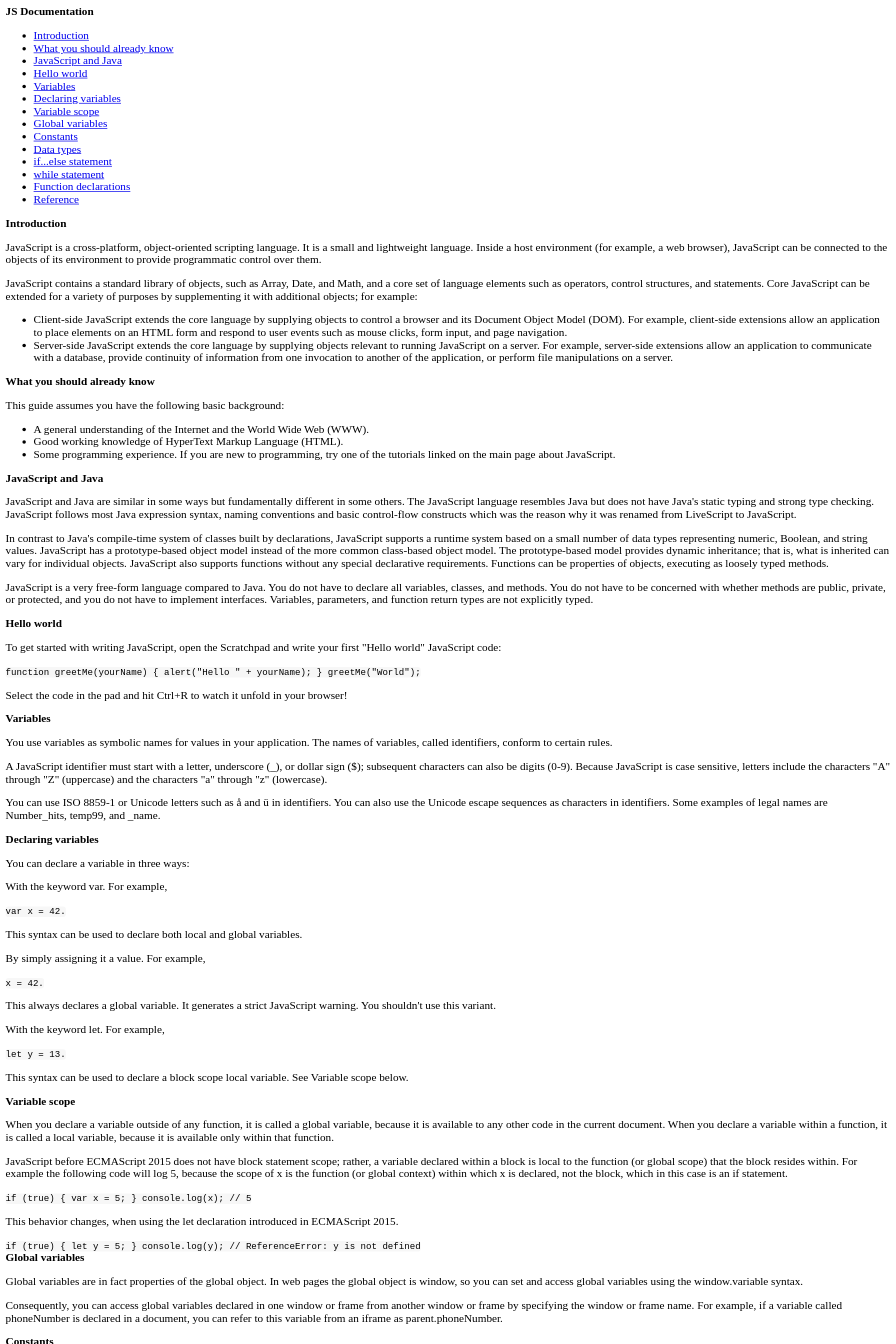
Repository: Lungdjos/technical_document_page_certificate
Page: index.html
An editor plug-in stored every save of this project. The page is shown before and after the next save, followed by the edit.
The browser window is 1280 px wide. The pictures show the part of the page from y = 0 to 1920 px (the page is 3818 px tall before and 4058 px after), at 70% of full size.

Above is the page before, as saved 2023-11-21 07:33:00.

### index.html
<!DOCTYPE html>
<html lang="en">

<head>
    <meta charset="UTF-8">
    <meta name="viewport" content="width=device-width, initial-scale=1.0">
    <title>Technical Document</title>
    <link rel="stylesheet" href="./styles.css">
</head>

<body>
    <nav id="nav-bar">
        <header>JS Documentation</header>
        <ul>
            <li>
                <a href="#Introduction" class="navlink">Introduction</a>
            </li>
            <li>
                <a href="#What_you_should_already_know" class="navlink">What you should already know</a>
            </li>
            <li>
                <a href="#JavaScript_and_Java" class="navlink">JavaScript and Java</a>
            </li>
            <li>
                <a href="#Hello_world" class="navlink">Hello world</a>
            </li>
            <li>
                <a href="#Variables" class="navlink">Variables</a>
            </li>
            <li>
                <a href="#Declaring_variables" class="navlink">Declaring variables</a>
            </li>
            <li>
                <a href="#Variable_scope" class="navlink">Variable scope</a>
            </li>
            <li>
                <a href="#Global_variables" class="navlink">Global variables</a>
            </li>
            <li>
                <a href="#Constants" class="navlink">Constants</a>
            </li>
            <li>
                <a href="#Data_types" class="navlink">Data types</a>
            </li>
            <li>
                <a href="#if...else_statement" class="navlink">if...else statement</a>
            </li>
            <li>
                <a href="#while_statement" class="navlink">while statement</a>
            </li>
            <li>
                <a href="#Function_declarations" class="navlink">Function declarations</a>
            </li>
            <li>
                <a href="#Reference" class="navlink">Reference</a>
            </li>
        </ul>
    </nav>
    <main id="main-doc">
        <section class="main-section" id="Introduction">
            <header id="">Introduction</header>
            <p>JavaScript is a cross-platform, object-oriented scripting language. It is a small and lightweight language. Inside a host environment (for example, a web browser), JavaScript can be connected to the objects of its environment to provide programmatic
                control over them.</p>
            <p>JavaScript contains a standard library of objects, such as Array, Date, and Math, and a core set of language elements such as operators, control structures, and statements. Core JavaScript can be extended for a variety of purposes by supplementing
                it with additional objects; for example:
                <ul>
                    <li>Client-side JavaScript extends the core language by supplying objects to control a browser and its Document Object Model (DOM). For example, client-side extensions allow an application to place elements on an HTML form and respond
                        to user events such as mouse clicks, form input, and page navigation.</li>
                    <li>Server-side JavaScript extends the core language by supplying objects relevant to running JavaScript on a server. For example, server-side extensions allow an application to communicate with a database, provide continuity of information
                        from one invocation to another of the application, or perform file manipulations on a server.</li>
                </ul>
            </p>

        </section>
        <section class="main-section" id="What_you_should_already_know">
            <header id="">What you should already know</header>
            <p>This guide assumes you have the following basic background:
                <ul>
                    <li>A general understanding of the Internet and the World Wide Web (WWW).</li>
                    <li>Good working knowledge of HyperText Markup Language (HTML).</li>
                    <li>Some programming experience. If you are new to programming, try one of the tutorials linked on the main page about JavaScript.</li>
                </ul>
            </p>

        </section>
        <section class="main-section" id="JavaScript_and_Java">
            <header id="">JavaScript and Java</header>
            <p>JavaScript and Java are similar in some ways but fundamentally different in some others. The JavaScript language resembles Java but does not have Java's static typing and strong type checking. JavaScript follows most Java expression syntax,
                naming conventions and basic control-flow constructs which was the reason why it was renamed from LiveScript to JavaScript.</p>
            <p>In contrast to Java's compile-time system of classes built by declarations, JavaScript supports a runtime system based on a small number of data types representing numeric, Boolean, and string values. JavaScript has a prototype-based object
                model instead of the more common class-based object model. The prototype-based model provides dynamic inheritance; that is, what is inherited can vary for individual objects. JavaScript also supports functions without any special declarative
                requirements. Functions can be properties of objects, executing as loosely typed methods.</p>
            <p>JavaScript is a very free-form language compared to Java. You do not have to declare all variables, classes, and methods. You do not have to be concerned with whether methods are public, private, or protected, and you do not have to implement
                interfaces. Variables, parameters, and function return types are not explicitly typed.</p>
        </section>
        <section class="main-section" id="Hello_world">
            <header id="">Hello world</header>
            <p>
                To get started with writing JavaScript, open the Scratchpad and write your first "Hello world" JavaScript code:</p>
            <code>function greetMe(yourName) { alert("Hello " + yourName); }
                greetMe("World");</code>
            <p>Select the code in the pad and hit Ctrl+R to watch it unfold in your browser!</p>
        </section>
        <section class="main-section" id="Variables">
            <header id="">Variables</header>
            <p>You use variables as symbolic names for values in your application. The names of variables, called identifiers, conform to certain rules.</p>
            <p>A JavaScript identifier must start with a letter, underscore (_), or dollar sign ($); subsequent characters can also be digits (0-9). Because JavaScript is case sensitive, letters include the characters "A" through "Z" (uppercase) and the
                characters "a" through "z" (lowercase).</p>
            <p>You can use ISO 8859-1 or Unicode letters such as å and ü in identifiers. You can also use the Unicode escape sequences as characters in identifiers. Some examples of legal names are Number_hits, temp99, and _name.</p>
        </section>
        <section class="main-section" id="Declaring_variables">
            <header id="">Declaring variables</header>
            <p>You can declare a variable in three ways:</p>
            <p>With the keyword var. For example,</p>
            <code>var x = 42.</code>
            <p>This syntax can be used to declare both local and global variables.</p>
            <p>By simply assigning it a value. For example,</p>
            <code>x = 42.</code><br>
            <p>This always declares a global variable. It generates a strict JavaScript warning. You shouldn't use this variant.</p>
            <p>With the keyword let. For example,</p>
            <code>let y = 13.</code>
            <p>This syntax can be used to declare a block scope local variable. See Variable scope below.</p>
        </section>
        <section class="main-section" id="Variable_scope">
            <header id="">Variable scope</header>
            <p>When you declare a variable outside of any function, it is called a global variable, because it is available to any other code in the current document. When you declare a variable within a function, it is called a local variable, because it
                is available only within that function.</p>
            <p>JavaScript before ECMAScript 2015 does not have block statement scope; rather, a variable declared within a block is local to the function (or global scope) that the block resides within. For example the following code will log 5, because
                the scope of x is the function (or global context) within which x is declared, not the block, which in this case is an if statement.</p>
            <code>if (true) { var x = 5; } console.log(x); // 5</code>
            <p>This behavior changes, when using the let declaration introduced in ECMAScript 2015.</p>
            <code>if (true) { let y = 5; } console.log(y); // ReferenceError: y is
                not defined</code>
        </section>
        <section class="main-section" id="Global_variables">
            <header id="">Global variables</header>
            <p>Global variables are in fact properties of the global object. In web pages the global object is window, so you can set and access global variables using the window.variable syntax.</p>
            <p>Consequently, you can access global variables declared in one window or frame from another window or frame by specifying the window or frame name. For example, if a variable called phoneNumber is declared in a document, you can refer to this
                variable from an iframe as parent.phoneNumber.</p>
        </section>
        <section class="main-section" id="Constants">
            <header id="">Constants</header>
            <p>You can create a read-only, named constant with the const keyword. The syntax of a constant identifier is the same as for a variable identifier: it must start with a letter, underscore or dollar sign and can contain alphabetic, numeric, or
                underscore characters.</p>
            <code>const PI = 3.14;</code>
            <p>A constant cannot change value through assignment or be re-declared while the script is running. It has to be initialized to a value.</p>
            <p>The scope rules for constants are the same as those for let block scope variables. If the const keyword is omitted, the identifier is assumed to represent a variable.</p>
            <p>You cannot declare a constant with the same name as a function or variable in the same scope. For example:</p>
            <code>// THIS WILL CAUSE AN ERROR function f() {}; const f = 5; // THIS
                WILL CAUSE AN ERROR ALSO function f() { const g = 5; var g;
                //statements }</code>
            <p>However, object attributes are not protected, so the following statement is executed without problems.</p>
            <code>const MY_OBJECT = {"key": "value"}; MY_OBJECT.key =
                "otherValue";</code>
        </section>
        <section class="main-section" id="Data_types">
            <header id="">Data types</header>
            <p>The latest ECMAScript standard defines seven data types:
                <ul>
                    <li>Six data types that are primitives:
                        <ul>
                            <li>Boolean. true and false.</li>
                            <li>null. A special keyword denoting a null value. Because JavaScript is case-sensitive, null is not the same as Null, NULL, or any other variant.</li>
                            <li>undefined. A top-level property whose value is undefined.</li>
                            <li>Number. 42 or 3.14159.</li>
                            <li>String. "Howdy"</li>
                            <li>Symbol (new in ECMAScript 2015). A data type whose instances are unique and immutable.</li>
                        </ul>
                    </li>
                    <li>and Object</li>
                </ul>
            </p>
            <p>Although these data types are a relatively small amount, they enable you to perform useful functions with your applications. Objects and functions are the other fundamental elements in the language. You can think of objects as named containers
                for values, and functions as procedures that your application can perform.</p>
        </section>
        <section class="main-section" id="if...else_statement">
            <header id="">if...else statement</header>
            <p>Use the if statement to execute a statement if a logical condition is true. Use the optional else clause to execute a statement if the condition is false. An if statement looks as follows:</p>
            <code>if (condition) { statement_1; } else { statement_2; }</code>
            <p>condition can be any expression that evaluates to true or false. See Boolean for an explanation of what evaluates to true and false. If condition evaluates to true, statement_1 is executed; otherwise, statement_2 is executed. statement_1 and
                statement_2 can be any statement, including further nested if statements.</p>
            <p>You may also compound the statements using else if to have multiple conditions tested in sequence, as follows:</p>
            <code>if (condition_1) { statement_1; } else if (condition_2) {
                statement_2; } else if (condition_n) { statement_n; } else {
                statement_last; }</code>
            <p>In the case of multiple conditions only the first logical condition which evaluates to true will be executed. To execute multiple statements, group them within a block statement ({ ... }) . In general, it's good practice to always use block
                statements, especially when nesting if statements:</p>
            <code>if (condition) { statement_1_runs_if_condition_is_true;
                statement_2_runs_if_condition_is_true; } else {
                statement_3_runs_if_condition_is_false;
                statement_4_runs_if_condition_is_false; }</code>
            <p>It is advisable to not use simple assignments in a conditional expression, because the assignment can be confused with equality when glancing over the code. For example, do not use the following code:</p>
            <code>if (x = y) { /* statements here */ }</code>
            <p>If you need to use an assignment in a conditional expression, a common practice is to put additional parentheses around the assignment. For example:</p>
            <code>if ((x = y)) { /* statements here */ }</code>
        </section>
        <section class="main-section" id="while_statement">
            <header id="">while statement</header>
            <p>A while statement executes its statements as long as a specified condition evaluates to true. A while statement looks as follows:</p>
            <code>while (condition) statement</code>
            <p>If the condition becomes false, statement within the loop stops executing and control passes to the statement following the loop.</p>
            <p>The condition test occurs before statement in the loop is executed. If the condition returns true, statement is executed and the condition is tested again. If the condition returns false, execution stops and control is passed to the statement
                following while.</p>
            <p>To execute multiple statements, use a block statement ({ ... }) to group those statements.</p>
            <p>Example: <br> The following while loop iterates as long as n is less than three:</p>
            <code>var n = 0; var x = 0; while (n < 3) { n++; x += n; }</code>
            <p>With each iteration, the loop increments n and adds that value to x. Therefore, x and n take on the following values:
                <ul>
                    <li>After the first pass: n = 1 and x = 1</li>
                    <li>After the second pass: n = 2 and x = 3</li>
                    <li>After the third pass: n = 3 and x = 6</li>
                </ul>
            </p>
            <p>After completing the third pass, the condition n
                < 3 is no longer true, so the loop terminates.</p>
        </section>
        <section class="main-section" id="Function_declarations">
            <header id="">Function declarations</header>
            <p>A function definition (also called a function declaration, or function statement) consists of the function keyword, followed by:
                <ul>
                    <li>The name of the function.</li>
                    <li>A list of arguments to the function, enclosed in the parentheses and separated by commas.</li>
                    <li>The JavaScript statement that defines the function, enclosed in curly brackets, {}.</li>
                </ul>
            </p>
            <p>For example, the following code defines a simple function named square:</p>
            <code>function square(number) { return number * number; }</code>
            <p>The function square takes one argument, called number. The function consists of one statement that says to return the argument of the function (that is, number) multiplied by itself. The return statement specifies the value returned by the
                function.
            </p>
            <code>return number * number;</code>
            <p>Primitive parameters (such as a number) are passed to functions by value; the value is passed to the function, but if the function changes the value of the parameter, this change is not reflected globally or in the calling function.</p>
        </section>
        <section class="main-section" id="Reference">
            <header id="">Reference</header>
            <ul>
                <li>All the documentation in this page is taken from
                    <a href="https://developer.mozilla.org/en-US/docs/Web/JavaScript/Guide" target="_blank">MDN</a>
                </li>
            </ul>
        </section>
    </main>
</body>

</html>

### styles.css
/* A technical document page stylings */

html {
    box-sizing: border-box;
}

* {
    border-radius: 4px;
}

header {
    font-size: ;
    font-weight: 600;
}


/* nav bar styling */

#nav-bar {
    position: sticky;
}


/* body styling */

code {
    background-color: #f7f7f7;
}

#main-doc {
    position: relative;
}

After the next save:
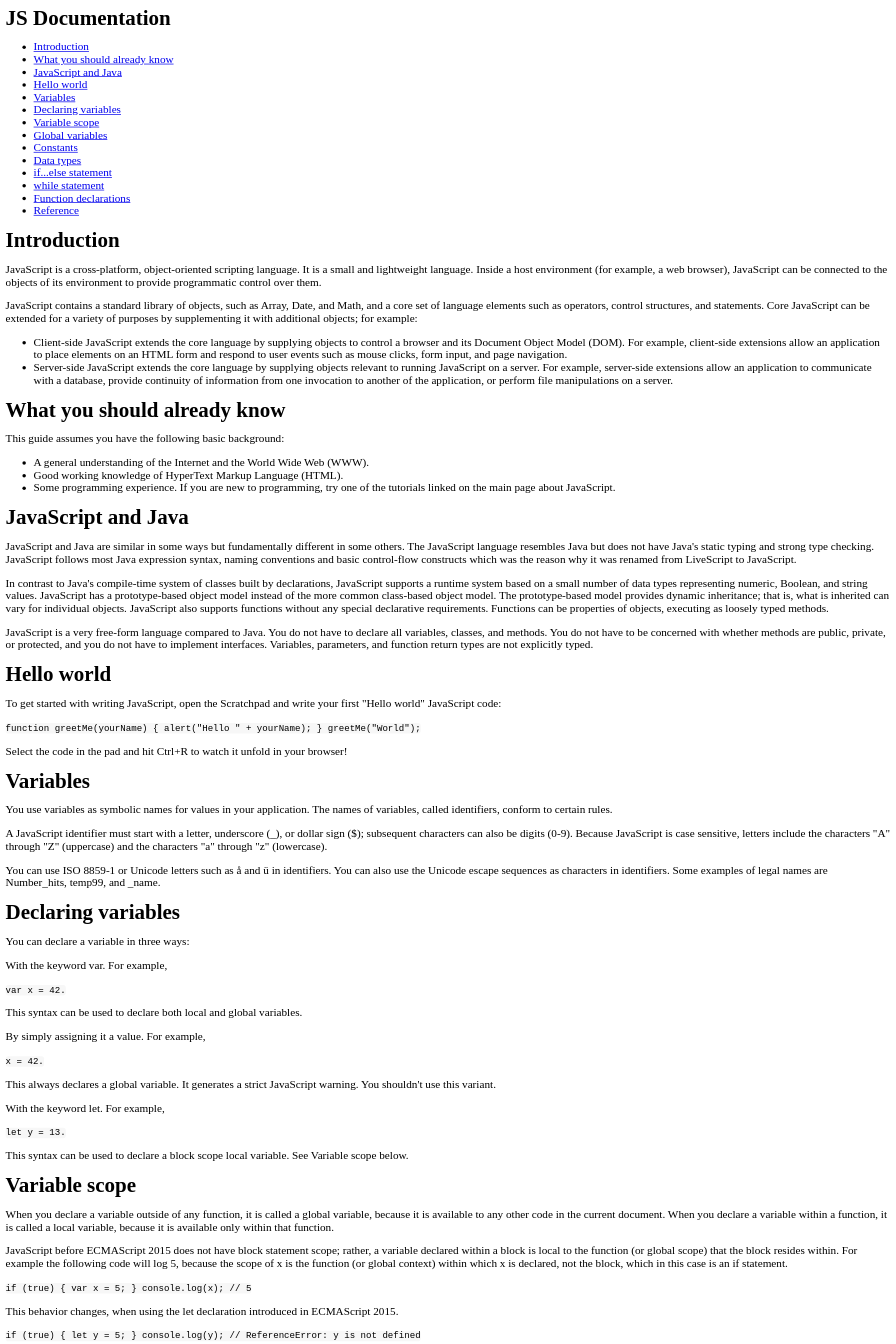
Saved 8 s later.
--- a/styles.css
+++ b/styles.css
@@ -9,7 +9,7 @@ html {
 }
 
 header {
-    font-size: ;
+    font-size: 30px;
     font-weight: 600;
 }
 
